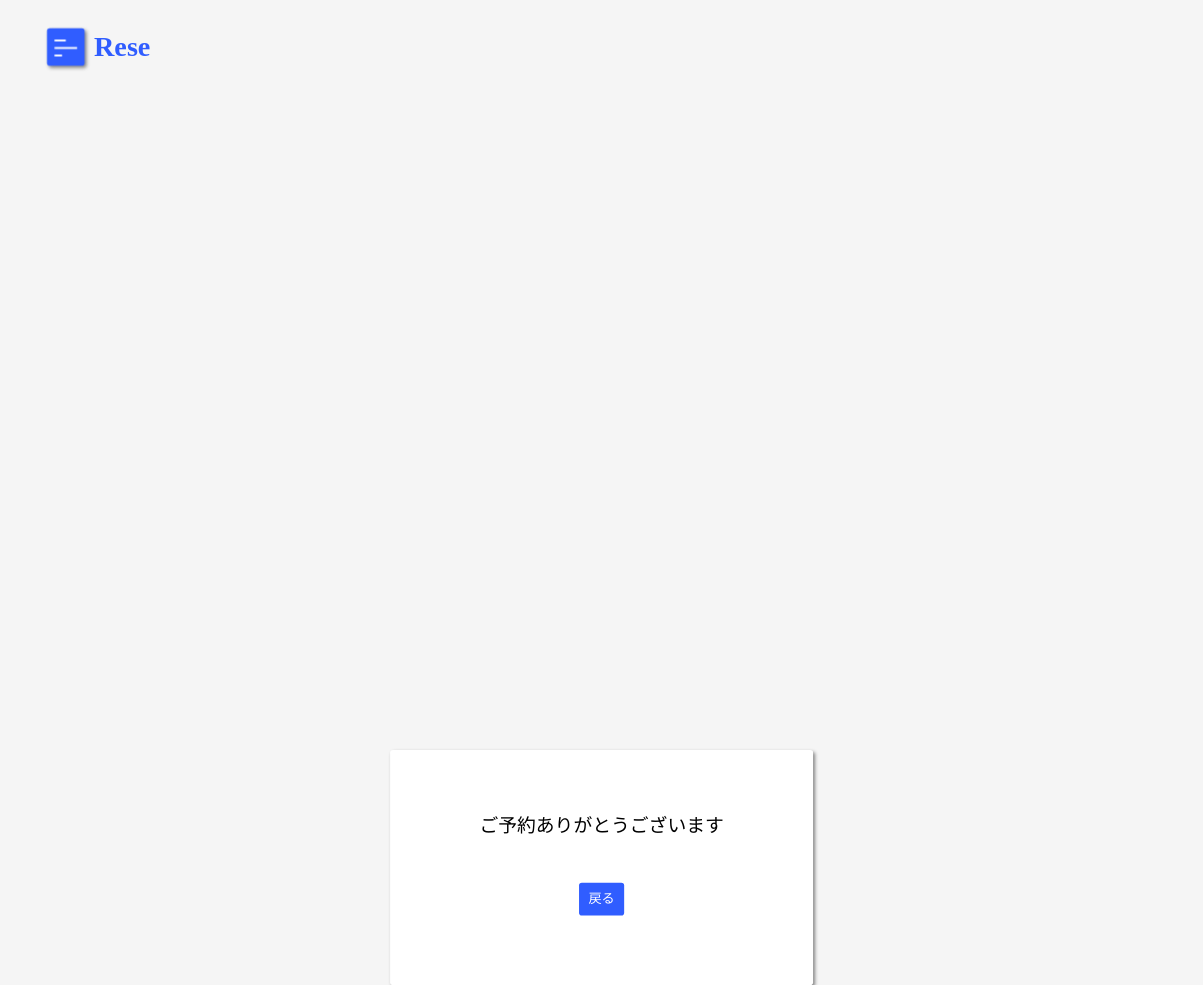
Repository: Haruka-Wada/Rese
Page: http://localhost/done
An editor plug-in stored every save of this project. The page is shown before and after a run of saves, followed by the edit.
The browser window is 1280 px wide. The pictures show the whole page, at 94% of full size.
The page is served by the project's Laravel application, run on PHP 8.4 with Laravel 8.

Above is the page before, as saved 2024-10-28 15:29:43.

After the next 2 saves:
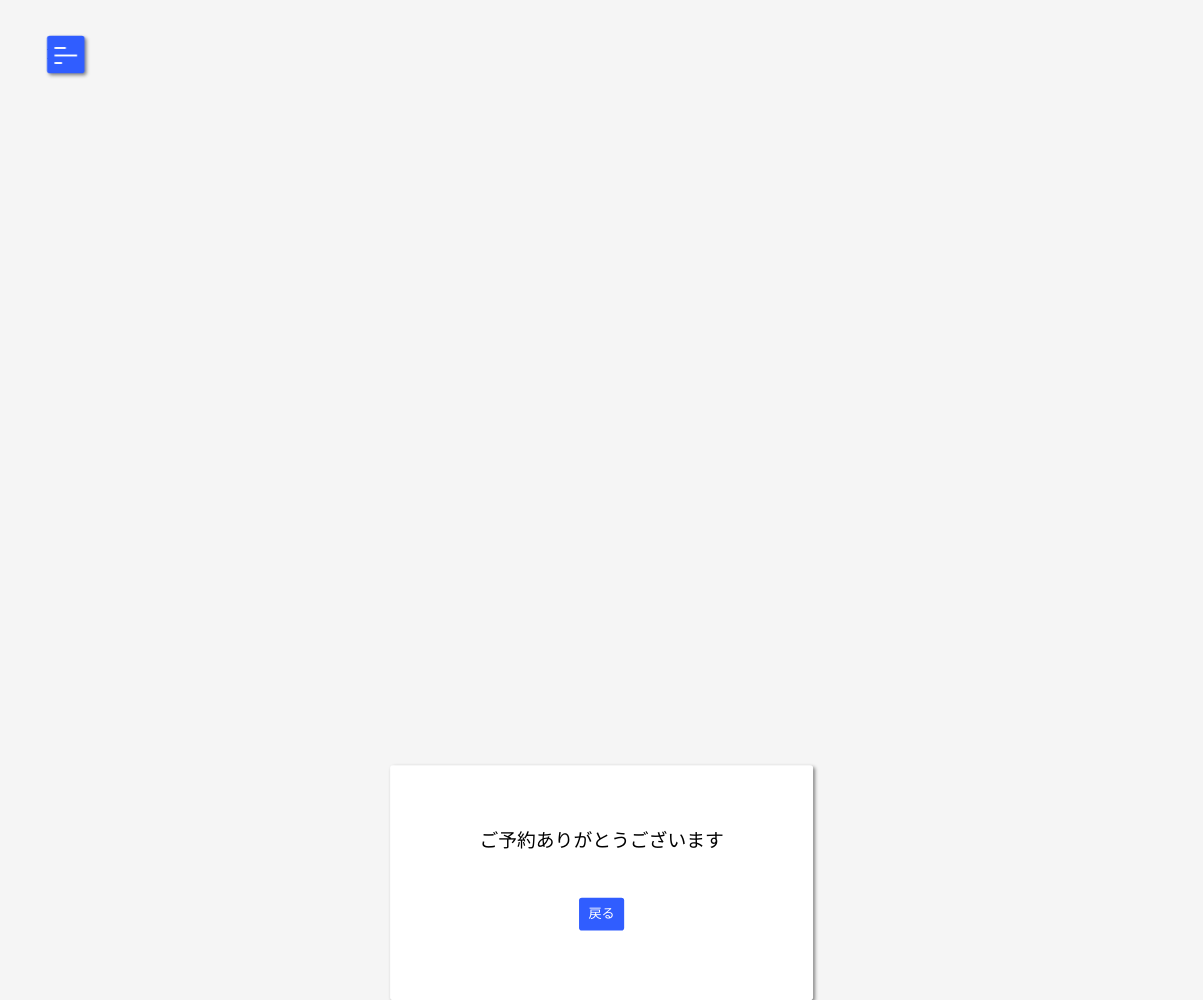
The 2 saves are shown as one change because they came seconds apart.
The last was saved 10 s later.
--- a/src/public/css/app.css
+++ b/src/public/css/app.css
@@ -14,7 +14,7 @@
     position: relative;
 }
 
-
+.header__over
 
 .header__logo {
     color: #305DFF;

After the save that followed:
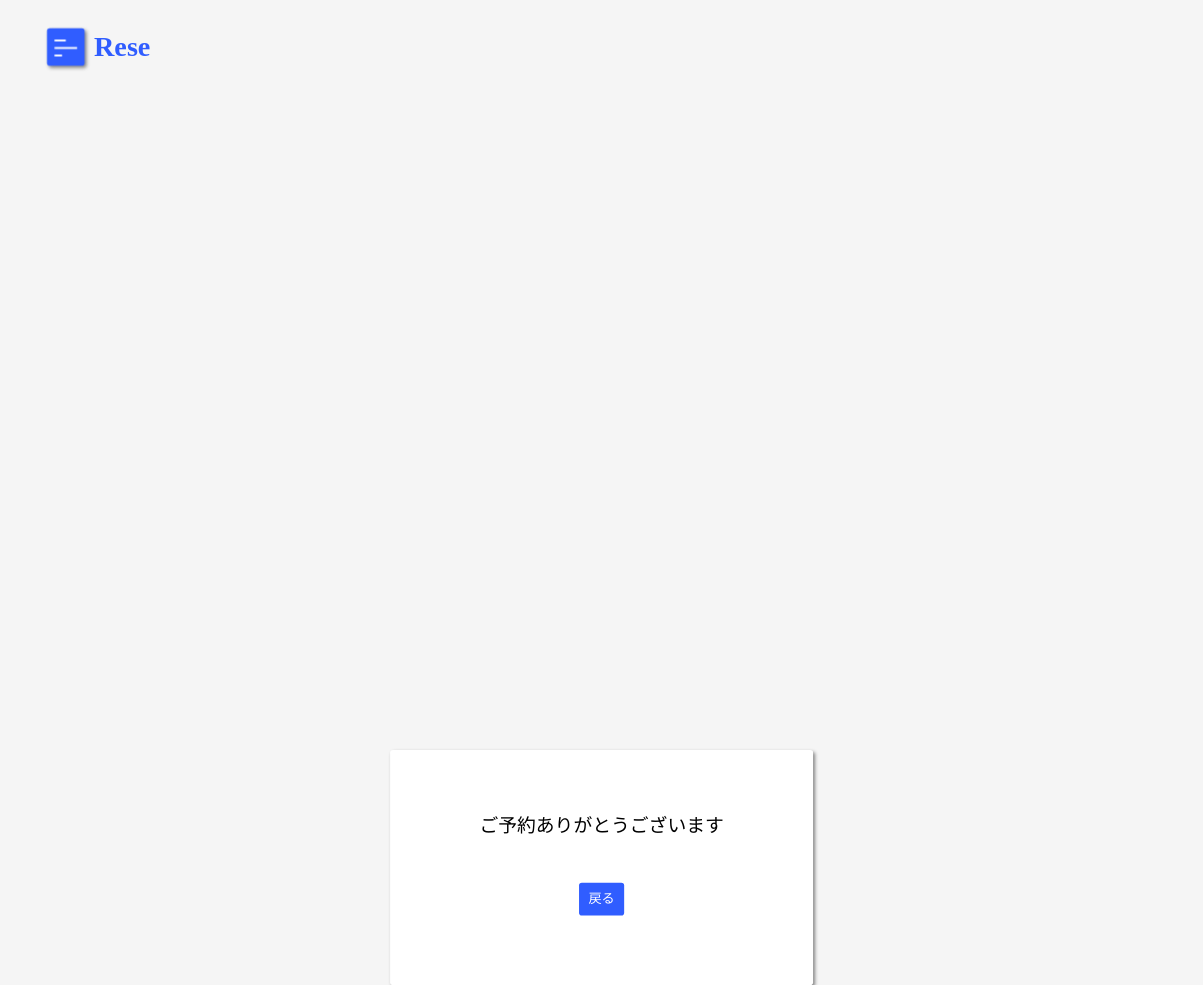
Saved 8 s later.
--- a/src/public/css/app.css
+++ b/src/public/css/app.css
@@ -14,7 +14,9 @@
     position: relative;
 }
 
-.header__over
+.header__overlay {
+    background-color: ;
+}
 
 .header__logo {
     color: #305DFF;
